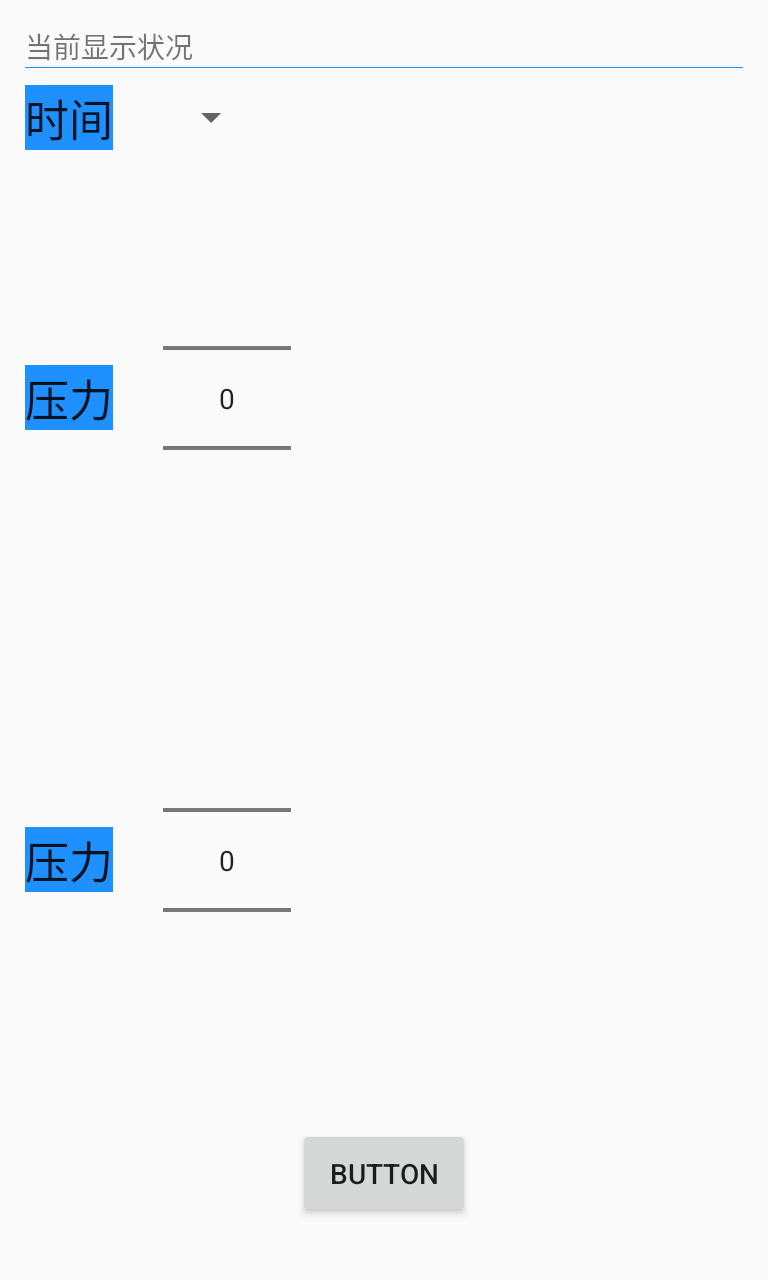
Repository: mimimy/MassagePro
Layout: BLE-Version/MassageTool/res/layout/second_pager.xml
These files come from the project's save history. The layout is drawn as it stood at one moment and after the next save; the edit follows.
It is drawn on a 768 x 1280 px phone screen (xhdpi) without system bars, with theme AppTheme; the app's code is not run.

Above is the layout before, as saved 2018-07-29 02:43:11.

### BLE-Version/MassageTool/res/layout/second_pager.xml
<LinearLayout xmlns:android="http://schemas.android.com/apk/res/android"
    xmlns:tools="http://schemas.android.com/tools"
    android:layout_width="match_parent"
    android:padding="25px"
    android:layout_height="fill_parent"
    android:orientation="vertical" >

    <TextView
        android:id="@+id/tv_show"
        android:layout_width="match_parent"
        android:layout_height="wrap_content"
        android:layout_gravity="center_vertical"
        android:text="当前显示状况" />
      <TextView
        android:background="#1E90FF"
        android:layout_width="fill_parent"
        android:layout_height="1px"/>

    <LinearLayout
        android:layout_width="match_parent"
        android:layout_height="wrap_content"
        android:orientation="horizontal"
        android:gravity="center_vertical"
        android:layout_weight="1">

        <TextView
            android:id="@+id/textView2"
            android:layout_width="wrap_content"
            android:layout_height="wrap_content"
            android:background="#1E90FF"
            android:textAppearance="?android:attr/textAppearanceLarge"
            android:text="时间" />

        <Spinner
            android:id="@+id/spinner_time"
            android:layout_marginLeft="50px"
            android:layout_width="wrap_content"
            android:layout_height="wrap_content"/>
    </LinearLayout>

    <LinearLayout
        android:layout_width="match_parent"
        android:layout_height="wrap_content"
        android:orientation="horizontal"
        android:gravity="center_vertical"
        android:layout_weight="3">


        <TextView
            android:id="@+id/textView3"
            android:background="#1E90FF"
            android:layout_width="wrap_content"
            android:layout_height="wrap_content"
            android:textAppearance="?android:attr/textAppearanceLarge"
            android:text="压力" />

        <NumberPicker
            android:id="@+id/picker_pressure"
            android:layout_marginLeft="50px"
            android:layout_width="wrap_content"
            android:layout_height="wrap_content" />
    </LinearLayout>
    <LinearLayout
        android:layout_width="match_parent"
        android:layout_height="wrap_content"
        android:orientation="horizontal"
        android:gravity="center_vertical"
        android:layout_weight="3">


        <TextView
            android:id="@+id/textView0"
            android:background="#1E90FF"
            android:layout_width="wrap_content"
            android:layout_height="wrap_content"
            android:textAppearance="?android:attr/textAppearanceLarge"
            android:text="压力" />

        <NumberPicker
            android:id="@+id/picker_density"
            android:layout_marginLeft="50px"
            android:layout_width="wrap_content"
            android:layout_height="wrap_content" />
    </LinearLayout>

    <LinearLayout
        android:layout_width="fill_parent"
        android:layout_height="wrap_content"
        android:gravity="center"
        android:layout_weight="2">

        <Button
            android:id="@+id/btn_click"
            android:layout_width="wrap_content"
            android:layout_height="wrap_content"
            android:text="Button" />

    </LinearLayout>

</LinearLayout>

### BLE-Version/MassageTool/res/values/styles.xml
<resources>

    <!--
        Base application theme, dependent on API level. This theme is replaced
        by AppBaseTheme from res/values-vXX/styles.xml on newer devices.
    -->
    <style name="AppBaseTheme" parent="android:Theme.Light">
        <!--
            Theme customizations available in newer API levels can go in
            res/values-vXX/styles.xml, while customizations related to
            backward-compatibility can go here.
        -->
    </style>

    <!-- Application theme. -->
    <style name="AppTheme" parent="AppBaseTheme">
        <!-- All customizations that are NOT specific to a particular API-level can go here. -->

    </style>

     <style name="OverflowStyle">
         <item name="android:src">@drawable/blooth</item>
         <item name="android:actionOverflowButtonStyle">@style/OverflowStyle</item>
      </style>
</resources>

Loaded but not shown: BLE-Version/MassageTool/res/values-v11/styles.xml (common file); BLE-Version/MassageTool/res/values-v14/styles.xml (common file)

After the next save:
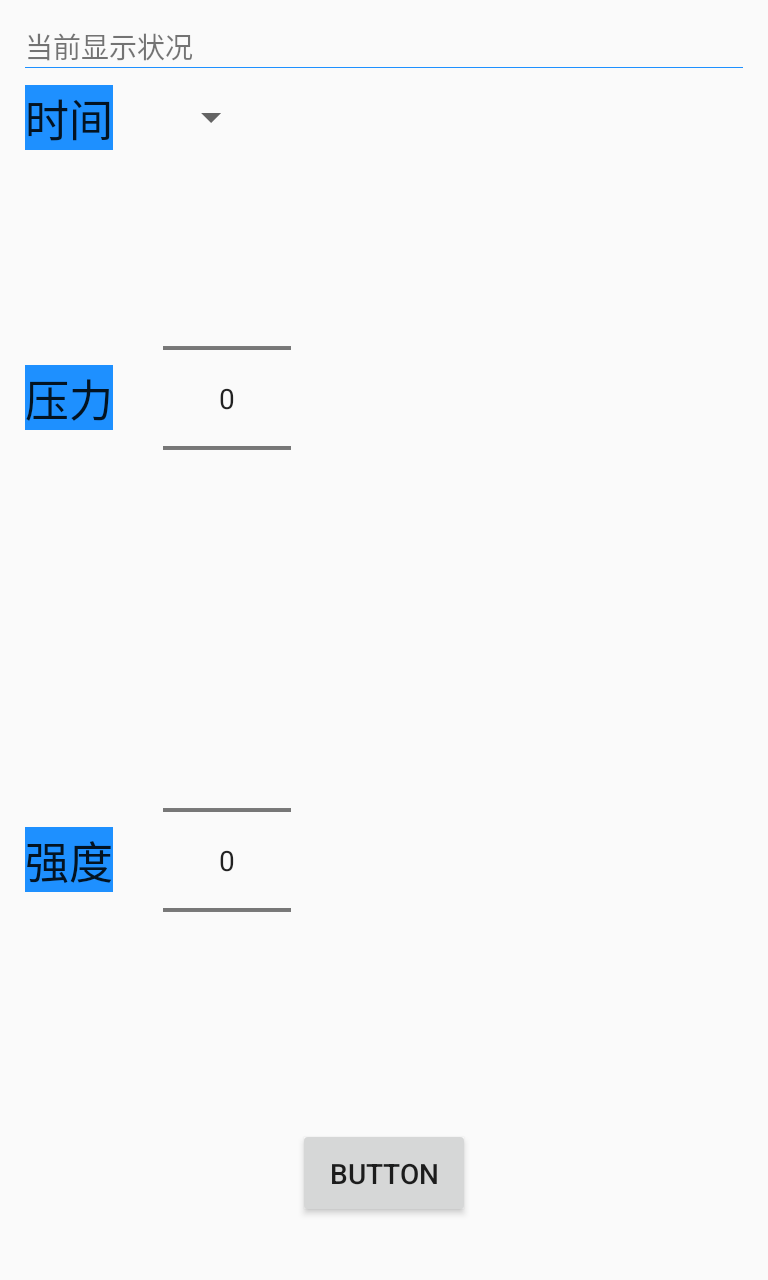
Saved 10 s later.
--- a/BLE-Version/MassageTool/res/layout/second_pager.xml
+++ b/BLE-Version/MassageTool/res/layout/second_pager.xml
@@ -74,7 +74,7 @@
             android:layout_width="wrap_content"
             android:layout_height="wrap_content"
             android:textAppearance="?android:attr/textAppearanceLarge"
-            android:text="压力" />
+            android:text="强度" />
 
         <NumberPicker
             android:id="@+id/picker_density"
